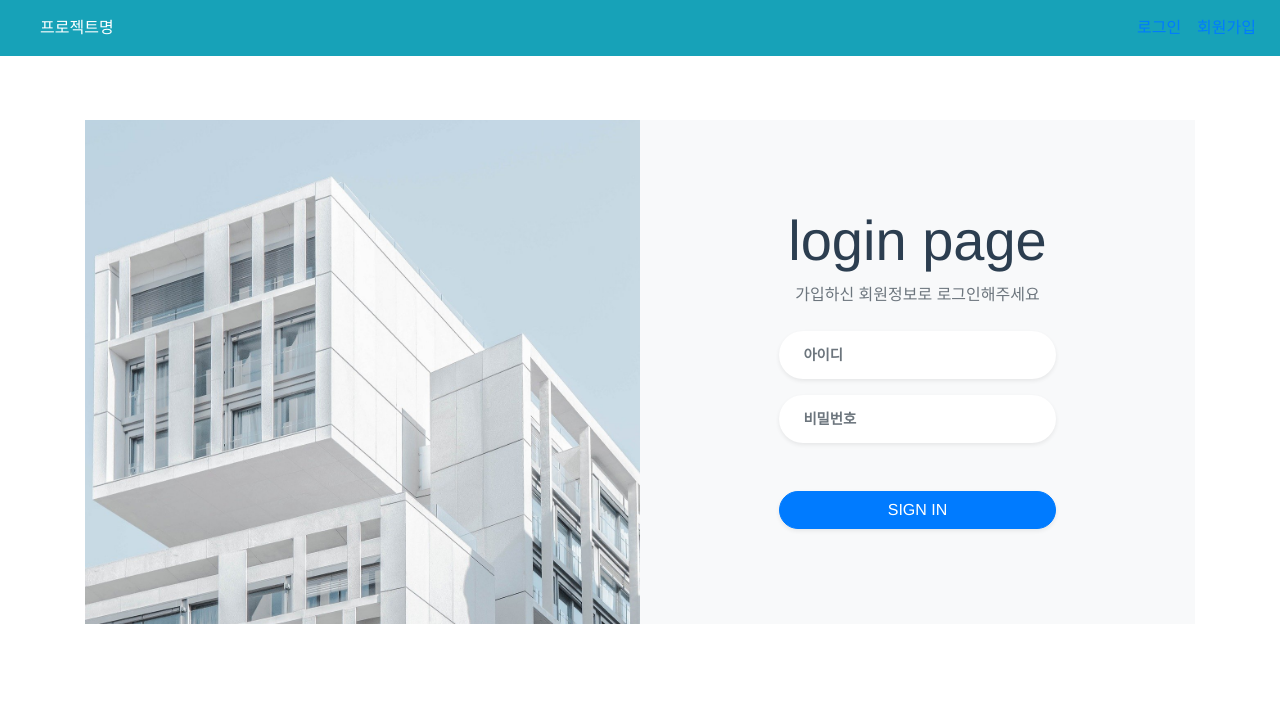
Repository: cheery72/Project_Real_estate
Page: /user/singin (app in frontend/)
An editor plug-in stored every save of this project. The page is shown before and after the next save, followed by the edit.
The browser window is 1280 px wide. The pictures show the whole page.
The project was rebuilt for these pictures with package versions that can differ from the ones it lists, and the page was loaded fresh each time. Also part of the build but not shown: frontend/vue.config.js, frontend/src/components/user/MemberJoin.vue, frontend/src/components/user/child/MemberInfoForm.vue, frontend/src/components/user/MemberMyPage.vue, frontend/src/components/user/BookMarkListRow.vue, frontend/src/components/user/MemberMyBookmark.vue. Imported but missing from the stored project, and not drawn on this page: frontend/src/views/Home.vue.

Above is the page before, as saved 2021-11-25 14:09:57.

### frontend/src/main.js
import Vue from "vue";
import App from "./App.vue";
import router from "./router";
import store from "./store";
import { BootstrapVue, IconsPlugin } from "bootstrap-vue";
import memberStore from "@/store/modules/memberStore";
import "bootstrap/dist/css/bootstrap.css";
import "bootstrap-vue/dist/bootstrap-vue.css";

// Make BootstrapVue available throughout your project
Vue.use(BootstrapVue);
// Optionally install the BootstrapVue icon components plugin
Vue.use(IconsPlugin);

Vue.config.productionTip = false;

new Vue({
  router,
  store,
  async beforeCreate() {
    let token = sessionStorage.getItem("access-token");
    if (memberStore.state.userInfo == null && token) {
      await memberStore.dispatch("getUserInfo", token);
    }
  },

  render: (h) => h(App),
}).$mount("#app");

### frontend/src/App.vue
<template>
  <div id="app">
    <nav-bar />
    <router-view />
  </div>
</template>

<script>
import NavBar from "@/components/layout/NavBar.vue"

export default {
  components:{
    NavBar,
  }
}

</script>

<style>
#app {
  font-family: Avenir, Helvetica, Arial, sans-serif;
  -webkit-font-smoothing: antialiased;
  -moz-osx-font-smoothing: grayscale;
  text-align: center;
  color: #2c3e50;
}

#nav {
  padding: 30px;
}

#nav a {
  font-weight: bold;
  color: #2c3e50;
}

#nav a.router-link-exact-active {
  color: #42b983;
}
</style>

### frontend/src/router/index.js
import Vue from "vue";
import VueRouter from "vue-router";
import Home from "../views/Home.vue";

import Member from "@/views/Member.vue";
import MemberJoin from "@/components/user/MemberJoin.vue";
import MemberLogin from "@/components/user/MemberLogin.vue";

import MemberMyPage from "@/components/user/MemberMyPage.vue";
import MemberMyBookmark from "@/components/user/MemberMyBookmark.vue";
import store from "@/store/index.js";

// https://router.vuejs.org/kr/guide/advanced/navigation-guards.html
const onlyAuthUser = async (to, from, next) => {
  //어디로 갈건지, 이전, 다음페이지
  // console.log(store);
  const checkUserInfo = store.getters["memberStore/checkUserInfo"]; //checkUserInfo의 리턴값을 가져와라
  const getUserInfo = store._actions["memberStore/getUserInfo"]; //getUserInfo의 리턴값을 가져와라
  let token = sessionStorage.getItem("access-token");
  if (checkUserInfo == null && token) {
    await getUserInfo(token); //서버에 가서 정상적인 토큰인지 검사해라 .. 여기서 정상적인사람이면 서버가 UserInfo를 준다.
  }
  if (checkUserInfo === null) {
    //서버에 갔다왔는데도 null이면...
    alert("로그인이 필요한 페이지입니다..");
    // next({ name: "SignIn" });
    router.push({ name: "SignIn" });
  } else {
    //정상적인 사람이니까 다음페이지로 갈수 있도록 적용(밑에 beforeEnter붙은 것들)
    console.log("로그인 했다.");
    next();
  }
};


Vue.use(VueRouter);

const routes = [
  {
    path: "/",
    name: "Home",
    component: Home,
  },
  {
    path: "/user",
    name: "Member",
    component: Member,
    children: [
      {
        path: "singin",
        name: "SignIn",
        component: MemberLogin,
      },
      {
        path: "singup",
        name: "SignUp",
        component: MemberJoin,
      },
      {
        path: "mybookmark",
        name: "MyBookmark",
        component: MemberMyBookmark,
      },
      {
        path: "mypage",
        name: "MyPage",
        beforeEnter: onlyAuthUser,
        component: MemberMyPage,
      },
    ],
  },
];

const router = new VueRouter({
  mode: "history",
  base: process.env.BASE_URL,
  routes,
});

export default router;

### frontend/src/store/modules/memberStore.js
import jwt_decode from "jwt-decode";
import { login } from "@/api/member.js";
import { findById } from "@/api/member";
import http from "@/js/http-common.js";


const memberStore = {
  namespaced: true,
  state: {
    isLogin: false,
    isLoginError: false,
    userInfo: null,
    bookmark: [],
    bookmarks: [],
  },
  getters: {
    checkUserInfo: function (state) {
      return state.userInfo;
    },
  },
  mutations: {
    SET_IS_LOGIN: (state, isLogin) => {
      state.isLogin = isLogin;
    },
    SET_IS_LOGIN_ERROR: (state, isLoginError) => {
      state.isLoginError = isLoginError;
    },
    SET_USER_INFO: (state, userInfo) => {
      state.isLogin = true;
      state.userInfo = userInfo;
    },
    SET_BOOKMARK_LIST(state, apt){
      // 배열에 추가
      state.bookmark.push(apt);
    },
    SET_BOOKMARK_INFO(state, mark){
      // state.bookmarks = mark;
      state.bookmarks.push(mark);
    },
    SET_BOOKMARK_LIST_INFO(state, bookmarklist) {
      state.bookmarks = bookmarklist;
    }
  },
  actions: {
    async userConfirm({ commit }, user) {
      await login(
        user,
        (response) => {
          if (response.data.message === "success") {
            let token = response.data["access-token"];
            commit("SET_IS_LOGIN", true);
            commit("SET_IS_LOGIN_ERROR", false);
            sessionStorage.setItem("access-token", token);

          } else {
            commit("SET_IS_LOGIN", false);
            commit("SET_IS_LOGIN_ERROR", true);
          }
        },
        () => {}
      );
    },
    getUserInfo({ commit }, token) {
      let decode_token = jwt_decode(token);
      findById(
        decode_token.userid,
        (response) => {
          if (response.data.message === "success") {
            commit("SET_USER_INFO", response.data.userInfo);
          } else {
            console.log("유저 정보 없음!!");
          }
        },
        (error) => {
          console.log(error);
        }
      );
    },
    getBookmark({ commit }, mark) {//등록

      let decode_token = jwt_decode(sessionStorage.getItem("access-token"));

      const params = { bookmark: mark.aptCode, accesstoken: decode_token.userid };
      console.log("파라미터출력",params);

      http
      .post(`/bookmark/register`, params)
      .then((response) => {
        console.log("response출력");
        console.log(response.data);
        commit("SET_BOOKMARK_INFO", response.data);
      }).catch((error) => {
        console.log("에러출력");
        console.log(error);
      })
    },

    getBookmarkList({ commit }) {

      let decode_token = jwt_decode(sessionStorage.getItem("access-token"));
      const userid= decode_token.userid;

      http.get(`/bookmark/list/${userid}`).then(({ data }) => {

        console.log("북마크조회 결과", data);
        commit("SET_BOOKMARK_LIST_INFO", data.result);
         });

    }
  },
};

export default memberStore;

### frontend/src/components/layout/NavBar.vue
<template>
  <div>
  <b-navbar toggleable="lg" type="dark" variant="info">
    <b-navbar-brand href="#"></b-navbar-brand>

    <b-navbar-toggle target="nav-collapse"></b-navbar-toggle>

    <b-collapse id="nav-collapse" is-nav>
      <b-navbar-nav>
        <b-nav-item href="#"
            ><router-link :to="{ name: 'Home' }" class="link" style="color: white"
            >프로젝트명</router-link
            ></b-nav-item
          >
      </b-navbar-nav>

      <!-- Right aligned nav items -->
      <b-navbar-nav class="ml-auto" v-if="userInfo">
          <b-nav-item class="align-self-center"
            ><b-avatar
              variant="primary"
              v-text="userInfo ? userInfo.userid.charAt(0).toUpperCase() : ''"
            ></b-avatar
            >{{ userInfo.username }}({{ userInfo.userid }})님
            환영합니다.</b-nav-item
          >
          <b-nav-item class="align-self-center"
            ><router-link
              :to="{ name: 'MyPage' }"
              class="link align-self-center" style="color: white"
              >내정보보기</router-link
            ></b-nav-item
          >
           <b-nav-item href="#" class="link align-self-center"
            ><router-link :to="{ name: 'MyBookmark' }" class="link" style="color: white"
              >내관심지역</router-link
            ></b-nav-item
          >
          <b-nav-item
            class="link align-self-center"
            @click.prevent="onClickLogout"
            >로그아웃</b-nav-item
          >
        </b-navbar-nav>

        <!-- Right aligned nav items -->
        <b-navbar-nav class="ml-auto" v-else>
          <b-nav-item href="#"
            ><router-link :to="{ name: 'SignIn' }" class="link"
              >로그인</router-link
            ></b-nav-item
          >

          <b-nav-item href="#"
            ><router-link :to="{ name: 'SignUp' }" class="link"
              >회원가입</router-link
            ></b-nav-item
          >
        </b-navbar-nav>
    </b-collapse>
  </b-navbar>
</div>
</template>

<script>
import { mapState, mapMutations } from "vuex";

const memberStore = "memberStore";

export default {
  name: "NavBar",
  computed: {
    ...mapState(memberStore, ["isLogin", "userInfo"]),
  },
  methods: {
    ...mapMutations(memberStore, ["SET_IS_LOGIN", "SET_USER_INFO"]),
    onClickLogout() {
      this.SET_IS_LOGIN(false);
      this.SET_USER_INFO(null);
      sessionStorage.removeItem("access-token");
      if (this.$route.path != "/") this.$router.push({ name: "Home" });
    },
  },
};
</script>

<style>
a {
  color:azure;
}
</style>

### frontend/src/views/Member.vue
<template>
  <b-container class="bv-example-row mt-3 text-center">
    <!-- <h3 class="underline-steelblue">
      <b-icon icon="person-lines-fill"></b-icon> Member Service
    </h3> -->
    <router-view></router-view>
  </b-container>
</template>

<script>
export default {
  name: "Member",
};
</script>

<style scoped>
.underline-steelblue {
  display: inline-block;
  background: linear-gradient(
    180deg,
    rgba(255, 255, 255, 0) 70%,
    rgba(72, 190, 233, 0.3) 30%
  );
}
</style>

### frontend/src/components/user/MemberLogin.vue
<template>
  <div class="container-fluid">
    <br />
    <br />
    <div class="row no-gutter">
      <!-- The image half -->
      <div class="col-md-6 d-none d-md-flex bg-image"></div>

      <!-- The content half -->
      <div class="col-md-6 bg-light">
        <div class="login d-flex align-items-center py-5">
          <!-- Demo content-->
          <div class="container">
            <div class="row">
              <div class="col-lg-10 col-xl-7 mx-auto">
                <h2 class="display-4">login page</h2>
                <p class="text-muted mb-4">
                  가입하신 회원정보로 로그인해주세요
                </p>
                <form>
                  <b-alert show variant="danger" v-if="isLoginError"
                    >아이디 또는 비밀번호를 <br />
                    확인하세요.</b-alert
                  >
                  <div class="form-group mb-3">
                    <input
                      id="userid"
                      v-model="user.userid"
                      required
                      placeholder="아이디"
                      @keyup.enter="confirm"
                      class="form-control rounded-pill border-0 shadow-sm px-4"
                    />
                  </div>
                  <div class="form-group mb-3">
                    <input
                      type="password"
                      id="userpwd"
                      v-model="user.userpwd"
                      required
                      placeholder="비밀번호"
                      @keyup.enter="confirm"
                      class="
                        form-control
                        rounded-pill
                        border-0
                        shadow-sm
                        px-4
                        text-primary
                      "
                    />
                  </div>
                  <div class="custom-control custom-checkbox mb-2">
                    <input
                      id="customCheck1"
                      type="checkbox"
                      checked
                      class="custom-control-input"
                    />
                    <!-- <label for="customCheck1" class="custom-control-label">Remember password</label> -->
                  </div>
                  <button
                    type="button"
                    variant="primary"
                    @click="confirm"
                    class="
                      btn btn-primary btn-block
                      text-uppercase
                      mb-2
                      rounded-pill
                      shadow-sm
                    "
                  >
                    Sign in
                  </button>
                </form>
              </div>
            </div>
          </div>
          <!-- End -->
        </div>
      </div>
      <!-- End -->
    </div>
  </div>
</template>
<style>
.login,
.image {
  min-height: 70vh;
}

.bg-image {
  /* //background-image: url('https://therichpost.com/wp-content/uploads/2021/02/login-split.jpg'); */
  background-image: url("../../assets/apartment.jpg");
  background-size: cover;
  background-position: center center;
}
</style>

<script>
import { mapState, mapActions } from "vuex";

const memberStore = "memberStore";

export default {
  name: "MemberLogin",
  data() {
    return {
      user: {
        userid: null,
        userpwd: null,
      },
    };
  },
  computed: {
    ...mapState(memberStore, ["isLogin", "isLoginError"]),
  },
  methods: {
    ...mapActions(memberStore, ["userConfirm", "getUserInfo"]),
    async confirm() {
      await this.userConfirm(this.user);
      let token = sessionStorage.getItem("access-token");
      if (this.isLogin) {
        await this.getUserInfo(token);
        this.$router.push({ name: "Home" });
      }
    },
    movePage() {
      this.$router.push({ name: "SignUp" });
    },
  },
};
</script>

<style></style>

### frontend/src/api/member.js
import { apiInstance } from "./index.js";

const api = apiInstance();

async function login(user, success, fail) {
    await api
        .post(`/user/login`, JSON.stringify(user))
        .then(success)
        .catch(fail);
}

async function findById(userid, success, fail) {
    api.defaults.headers["access-token"] =
        sessionStorage.getItem("access-token");
    await api.get(`/user/info/${userid}`).then(success).catch(fail);
}
//회원가입
async function joinMember(user, success, fail) {
    await api
        .post(`/user/join`, JSON.stringify(user))
        .then(success)
        .catch(fail);
}

//아이디체크
async function checkId(userid, success, fail) {
    await api.get(`/user/idCheck/${userid}`).then(success).catch(fail);
}

//수정
async function modifyInfo(user, success, fail) {
    api.defaults.headers["access-token"] =
        sessionStorage.getItem("access-token");
    await api
        .put(`/user/${user.userId}`, JSON.stringify(user))
        .then(success)
        .catch(fail);
}

//삭제
async function deleteInfo(user, success, fail) {
    api.defaults.headers["access-token"] =
        sessionStorage.getItem("access-token");
    await api.delete(`/user/${user.userId}`).then(success).catch(fail);
}

export { login, findById, modifyInfo, deleteInfo, joinMember, checkId };

### frontend/src/components/user/child/MemberJoinForm.vue
<template>
  <div class="container-fluid">
    <div class="row py-5 mt-4 align-items-center">
      <!-- For Demo Purpose -->
      <div class="col-md-6 pr-lg-5 mb-5 mb-md-0">
        <img
          src="https://bootstrapious.com/i/snippets/sn-registeration/illustration.svg"
          alt=""
          class="img-fluid mb-3 d-none d-md-block"
        />
      </div>

      <!-- Registeration Form -->
      <div class="col-md-6 col-lg-6 ml-auto register bg-light">
        <form @submit="onSubmit" @reset="onReset">
          <div class="row d-flex align-items-center py-5">
            <div class="col-lg-10 col-xl-7 mx-auto">
              <h2 class="display-4">회원가입</h2>
              <p class="text-muted mb-4">
                하나의 아이디로 다양한 서비스를 이용해 보세요.
              </p>
            </div>
            <!--아이디 -->
            <div class="input-group col-lg-12 mb-4">
              <div
                id="userid-group"
                label="아이디:"
                label-for="userid"
                description=""
                class="input-group-prepend"
              >
                <span
                  class="
                    input-group-text
                    bg-white
                    px-4
                    border-md border-right-0
                  "
                >
                  <i class="fa fa-envelope text-muted"></i>
                </span>
              </div>
              <input
                id="userid"
                v-model="user.userid"
                type="text"
                required
                placeholder="아이디 입력"
                @keyup="idCheck"
                class="form-control bg-white border-left-0 border-md"
              />
            </div>
            <div id="idresult" class="mt-1">{{ idresult }}</div>

            <!--비밀번호-->
            <div class="input-group col-lg-12 mb-4">
              <div
                id="userpwd-group"
                label="비밀번호:"
                label-for="userpwd"
                description=""
                class="input-group-prepend"
              >
                <span
                  class="
                    input-group-text
                    bg-white
                    px-4
                    border-md border-right-0
                  "
                >
                  <i class="fa fa-envelope text-muted"></i>
                </span>
              </div>
              <input
                id="userpwd"
                @keyup="validPw"
                v-model="user.userpwd"
                type="text"
                required
                placeholder="비밀번호 입력"
                class="form-control bg-white border-left-0 border-md"
              />
            </div>
            <div>{{ validcheck }}</div>

            <!--비밀번호 확인-->
            <div class="input-group col-lg-12 mb-4">
              <div
                id="userpwd-group"
                label="비밀번호 확인:"
                description=""
                class="input-group-prepend"
              >
                <span
                  class="
                    input-group-text
                    bg-white
                    px-4
                    border-md border-right-0
                  "
                >
                  <i class="fa fa-envelope text-muted"></i>
                </span>
              </div>
              <input
                id="user_pass_ck"
                type="password"
                required
                @keyup="checkPw"
                v-model="user.userpwd_ck"
                label-for="userpwd_ck"
                placeholder="비밀번호 확인"
                class="form-control bg-white border-left-0 border-md"
              />
            </div>
            <div>{{ pwcheck }}</div>

            <!--이름 확인-->
            <div class="input-group col-lg-12 mb-4">
              <div
                id="username-group"
                label="이름:"
                label-for="username"
                description=""
                class="input-group-prepend"
              >
                <span
                  class="
                    input-group-text
                    bg-white
                    px-4
                    border-md border-right-0
                  "
                >
                  <i class="fa fa-envelope text-muted"></i>
                </span>
              </div>
              <input
                id="userName"
                v-model="user.username"
                type="text"
                required
                placeholder="이름 입력"
                class="form-control bg-white border-left-0 border-md"
              />
            </div>

            <!-- Email Address -->
            <div class="input-group col-lg-12 mb-4">
              <div
                id="email-group"
                label="이메일:"
                label-for="email"
                description=""
                class="input-group-prepend"
              >
                <span
                  class="
                    input-group-text
                    bg-white
                    px-4
                    border-md border-right-0
                  "
                >
                  <i class="fa fa-envelope text-muted"></i>
                </span>
              </div>
              <input
                id="userAddress"
                v-model="user.email"
                type="text"
                required
                placeholder="이메일 입력"
                class="form-control bg-white border-left-0 border-md"
              />
            </div>

            <!-- Submit Button -->
            <div class="form-group col-lg-12 mx-auto mb-0">
              <b-button
                type="submit"
                variant="primary"
                class="btn btn-primary btn-block py-2"
                >회원가입
              </b-button>
              <b-button type="reset" class="btn btn-primary btn-block py-2"
                >초기화</b-button
              >
            </div>

            <!-- Already Registered -->
            <div class="text-center w-100">
              <p class="text-muted font-weight-bold">
                Already Registered?
                <a href="#" class="text-primary ml-2">Login</a>
              </p>
            </div>
          </div>
        </form>
      </div>
    </div>
  </div>
</template>
<style>
.register,
.image {
  min-height: 70vh;
}

.border-md {
  border-width: 2px;
}

.btn-facebook {
  background: #405d9d;
  border: none;
}

.btn-facebook:hover,
.btn-facebook:focus {
  background: #314879;
}

.btn-twitter {
  background: #42aeec;
  border: none;
}

.btn-twitter:hover,
.btn-twitter:focus {
  background: #1799e4;
}

body {
  min-height: 100vh;
}

.form-control:not(select) {
  padding: 1.5rem 0.5rem;
}

select.form-control {
  height: 52px;
  padding-left: 0.5rem;
}

.form-control::placeholder {
  color: #ccc;
  font-weight: bold;
  font-size: 0.9rem;
}
.form-control:focus {
  box-shadow: none;
}
</style>

<script>
import { joinMember, checkId } from "@/api/member";
export default {
  name: "MemberJoinForm",
  data() {
    return {
      user: {
        userid: "",
        userpwd: "",
        userpwd_ck: "",
        username: "",
        email: "",
      },
      idresult: "",
      validcheck: "", //비밀번호 유효성
      pwcheck: "", //비밀번호 체크
    };
  },
  props: {},
  created() {},
  methods: {
    //비밀번호 validation체크
    validPw() {
      var reg =
        /^(?=.*?[A-Z])(?=.*?[a-z])(?=.*?[0-9])(?=.*?[#?!@$%^&*-]).{8,}$/;
      var pw = this.user.userpwd;

      if (false === reg.test(pw)) {
        this.validcheck =
          "비밀번호는 8자 이상이어야 하며, 숫자/대문자/소문자/특수문자를 모두 포함해야 합니다.";
      } else {
        console.log("통과");
        this.validcheck = "유효합니다.";
      }
    },
    //비밀번호 체크
    checkPw() {
      if (this.user.userpwd != this.user.userpwd_ck) {
        console.log("체크실패");
        this.pwcheck = "위 비밀번호와 다릅니다.";
      } else {
        console.log("체크성공");
        this.pwcheck = "위 비밀번호와 동일합니다.";
      }
    },
    onSubmit(event) {
      event.preventDefault();
      this.registerMember();
    },
    onReset(event) {
      event.preventDefault();
      this.user.userid = "";
      this.user.userpwd = "";
      this.user.username = "";
      this.user.email = "";
    },
    idCheck() {
      checkId(
        this.user.userid,
        ({ data }) => {
          let cnt = data.idcount;
          if (cnt == 0) {
            this.idresult = this.user.userid + "는 사용 가능합니다.";
          } else {
            this.idresult = this.user.userid + "는 사용할 수 없습니다.";
          }
        },
        (error) => {
          console.log(error);
        }
      );
    },
    registerMember() {
      joinMember(
        this.user,
        ({ data }) => {
          let msg = "회원가입 처리시 문제가 발생했습니다.";
          if (data === "success") {
            msg = "회원가입이 완료되었습니다.";
          }
          alert(msg);
          this.$router.push({ name: "SignIn" });
        },
        (error) => {
          console.log(error);
        }
      );
    },
  },
};
</script>

<style></style>

### frontend/src/api/index.js
import axios from "axios";
import { API_BASE_URL } from "@/config";

// axios 객체 생성
function apiInstance() {
    const instance = axios.create({
        baseURL: API_BASE_URL,
        headers: {
            "Content-type": "application/json",
        },
    });
    return instance;
}

export { apiInstance };

### frontend/src/config/index.js
const API_BASE_URL = "http://localhost:8080";
export { API_BASE_URL };

Loaded but not shown: frontend/public/index.html (common file); frontend/src/js/http-common.js (common file); frontend/src/store/index.js (173 lines, source omitted)

After the next save:
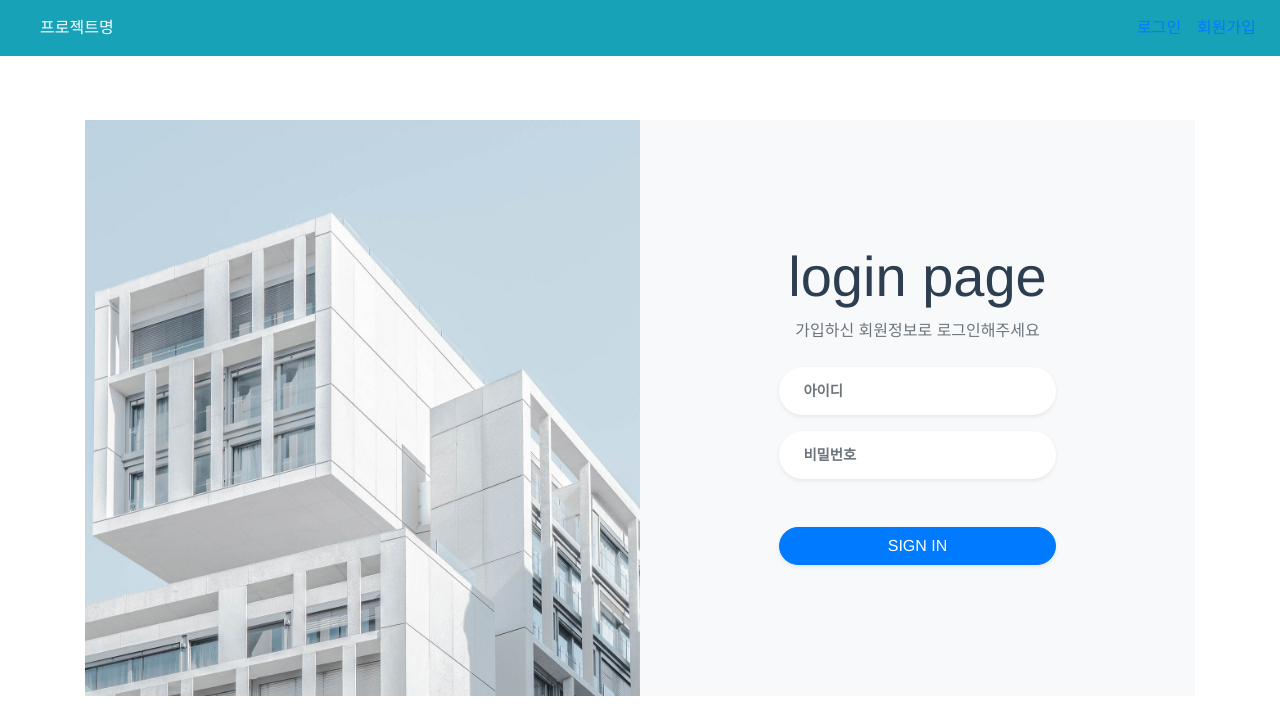
Saved 68 s later.
--- a/frontend/src/components/user/MemberLogin.vue
+++ b/frontend/src/components/user/MemberLogin.vue
@@ -87,7 +87,7 @@
 <style>
 .login,
 .image {
-  min-height: 70vh;
+  min-height: 80vh;
 }
 
 .bg-image {
